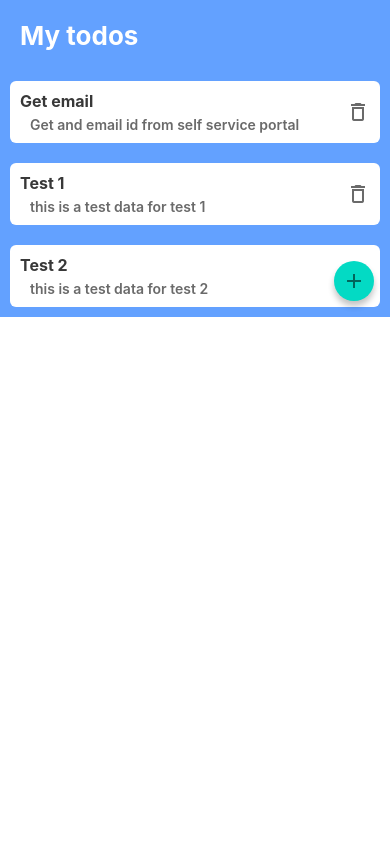
Repository: sadarsh216/Todo-App
Screen: /
These files come from the project's save history. The screen is drawn as it stood at one moment and after the next save; the edit follows.
The app was drawn by React Native's web renderer in a window 390 px wide. The project was rebuilt for these pictures with package versions that can differ from the ones it lists, and the page was loaded fresh each time.

Above is the screen before, as saved 2021-10-09 13:21:02.

After the next save:
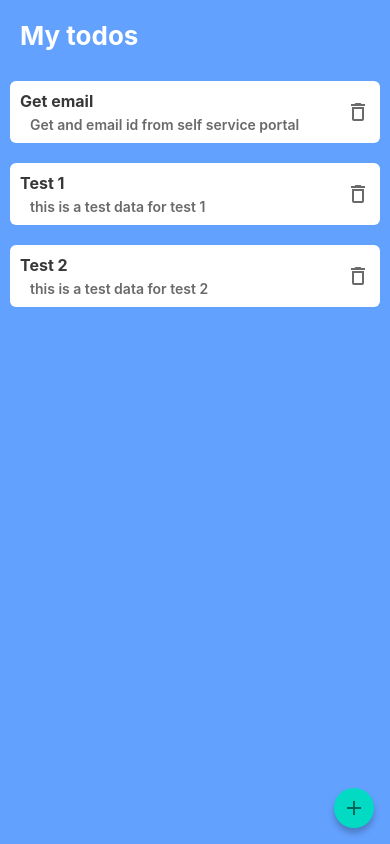
Saved 18 s later.
--- a/App.tsx
+++ b/App.tsx
@@ -5,10 +5,9 @@
 import { FAB } from "react-native-paper";
 import { Provider as PaperProvider } from "react-native-paper";
 
-
 export default function App() {
   return (
-    <SafeAreaView>
+    <PaperProvider>
       <View style={styles.container}>
         <ScrollView>
           <Text style={styles.heading}>My todos</Text>
@@ -23,7 +22,7 @@
         icon="plus"
         onPress={() => console.log("Pressed")}
       />
-    </SafeAreaView>
+    </PaperProvider>
   );
 }
 

After the 2 saves that followed:
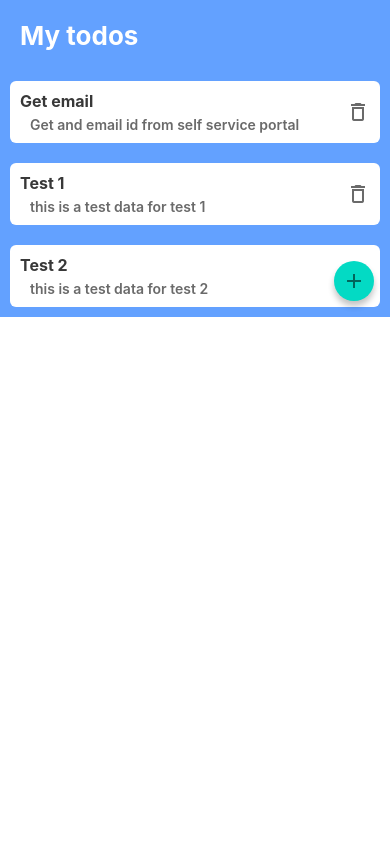
The 2 saves are shown as one change because 1 left the picture as it was.
The last was saved 63 s later.
--- a/App.tsx
+++ b/App.tsx
@@ -7,7 +7,7 @@
 
 export default function App() {
   return (
-    <PaperProvider>
+    <SafeAreaView>
       <View style={styles.container}>
         <ScrollView>
           <Text style={styles.heading}>My todos</Text>
@@ -22,7 +22,7 @@
         icon="plus"
         onPress={() => console.log("Pressed")}
       />
-    </PaperProvider>
+    </SafeAreaView>
   );
 }
 
